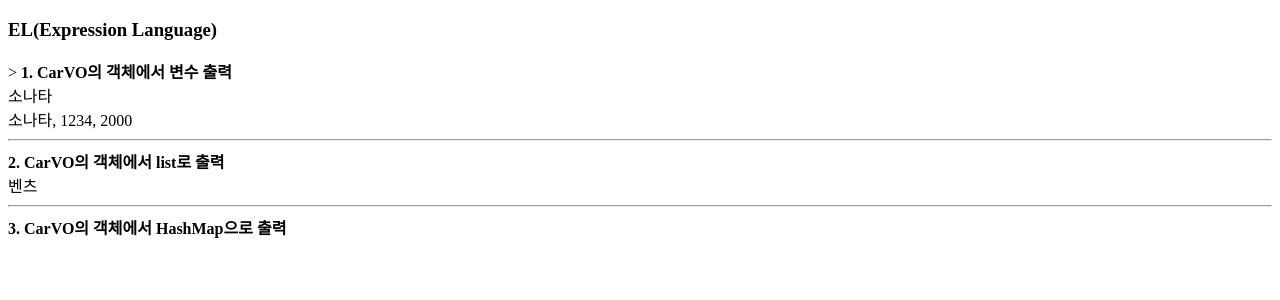
Repository: novemberjj/jsp
Page: http://localhost/jstl_study/step1.jsp
The author's editor kept a copy of each file at every save. The page is drawn from the files as they stood at one save, then again after the next save.
The browser window is 1280 px wide. The pictures show the whole page.
The page is served by Tomcat 9.

Above is the page before, as saved 2023-05-09 06:32:03.

After the next save:
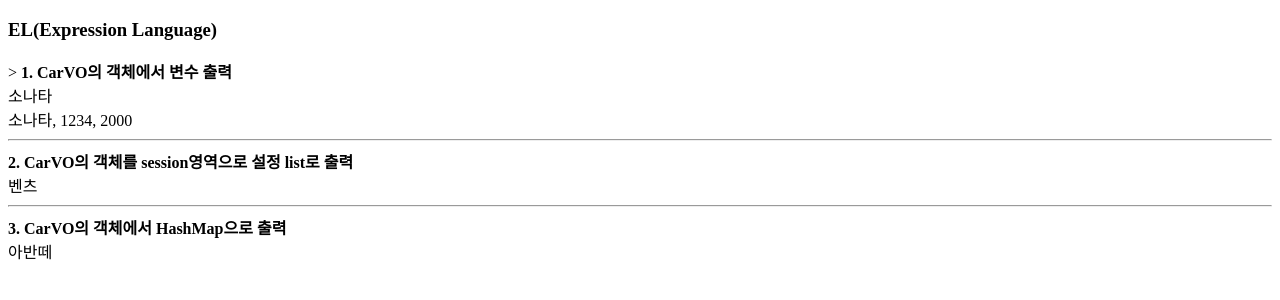
Saved 59 s later.
--- a/jstl_project/jstl_study/src/main/webapp/step1.jsp
+++ b/jstl_project/jstl_study/src/main/webapp/step1.jsp
@@ -35,7 +35,7 @@
 		list.add(new CarVO("4567","벤츠",5000));
 		session.setAttribute("carList", list);
 	%>
-	<strong>2. CarVO의 객체에서 list로 출력</strong><br>
+	<strong>2. CarVO의 객체를 session영역으로 설정 list로 출력</strong><br>
 	${sessionScope.carList[0].name}<br>
 	<hr>
 
@@ -46,7 +46,7 @@
 		request.setAttribute("carMap",map);
 	%>
 	<strong>3. CarVO의 객체에서 HashMap으로 출력</strong><br>
-	${sessionScope.carMap.car1.name}<br>
+	${requestScope.carMap.car1.name}<br>
 
 </body>
 </html>
